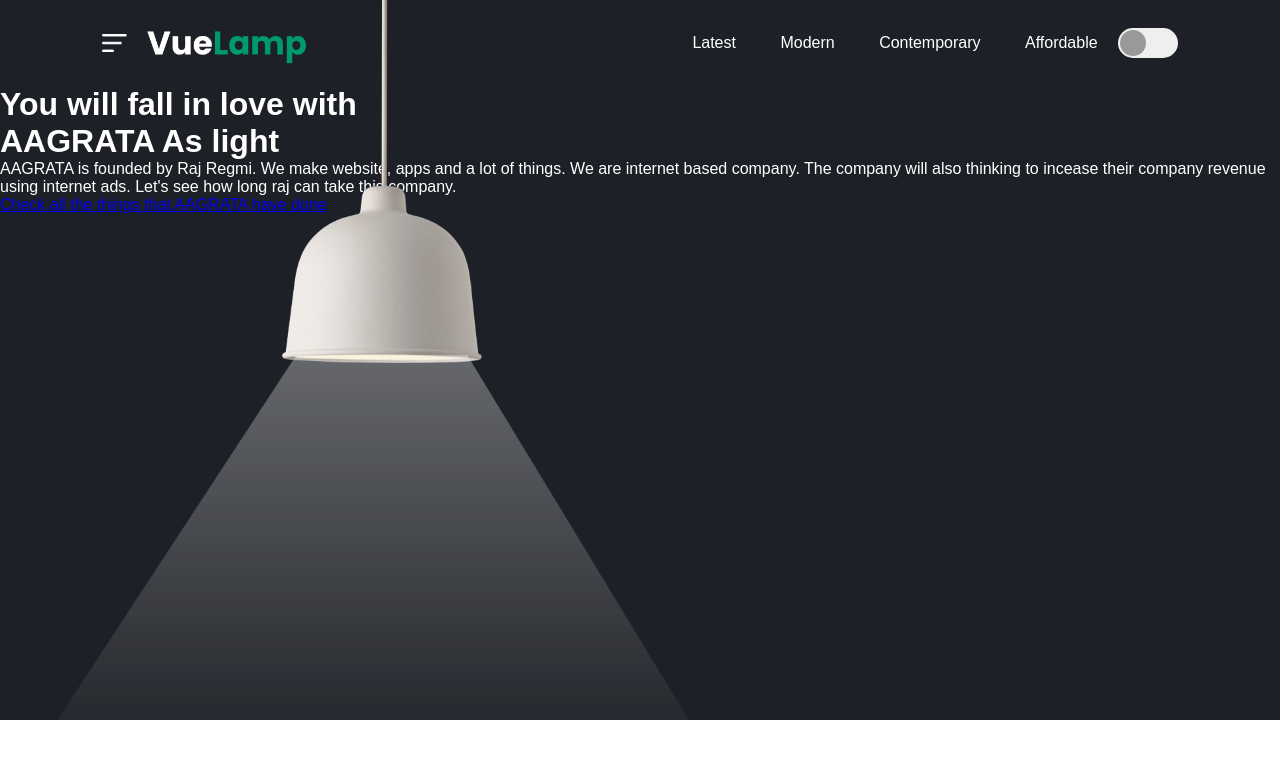
Repository: rajregmi98/newpro1
Page: index.html
The author's editor kept a copy of each file at every save. The page is drawn from the files as they stood at one save, then again after the next save.
The browser window is 1280 px wide. The pictures show the whole page.

Above is the page before, as saved 2022-09-28 13:08:42.

### index.html
<!DOCTYPE html>
<html lang="en">
<head>
    <meta charset="UTF-8">
    <meta http-equiv="X-UA-Compatible" content="IE=edge">
    <meta name="viewport" content="width=device-width, initial-scale=1.0">
    <title>AAGRATA Product</title>
    <link rel="stylesheet" href="style.css">
</head>
<body>
    <div class="hero">
        <nav>
            <img src="images/menu.png" class="menu-img">
            <img src="images/logo.png" class="logo">
            <ul>
                <li><a href="">Latest</a></li>
                <li><a href="">Modern</a></li>
                <li><a href="">Contemporary</a></li>
                <li><a href="">Affordable</a></li>
            </ul>
            <button type="button"><span></span></button>
        </nav>

        <div class="lamp-container">
            <img src="images/lamp.png" class="lamp">
            <img src="images/light.png" class="light">
        </div>

        <div class="text-container">
            <h1>You will fall in love with <br> AAGRATA As light</h1>
            <p>AAGRATA is founded by Raj Regmi. We make website, apps and a lot of things. We are internet based company. The company will also thinking to incease their company revenue using internet ads. Let's see how long raj can take this company. </p>
            <a href=" "> Check all the things that AAGRATA have done</a>
        </div>

    </div>

</body>
</html>

### style.css
*{
    margin: 0;
    padding: 0;
    font-family: 'poppins', sans-serif;
    box-sizing: border-box;
}
.hero{
    background: #1d2026;
    height: 100vh;
    width: 100%;
    color: #fff;
    position: relative;
}
nav{
    display: flex;
    align-items: center;
    padding: 20px 8%;

}

nav .menu-img{
    width: 25px;
    margin-right: 20px;
    cursor: pointer;


}

nav .logo{
    width: 160px;
    cursor: pointer;
}

nav ul{
    flex: 1;
    text-align: right;

}

nav ul li{
    display: inline-block;
    list-style: none;
    margin: 0 20px;
}

nav ul li a {
    text-decoration: none;
    color: #fff;

}
button{
    background: #efefef;
    height: 30px;
    width: 60px;
    border-radius: 20px;
    border: 0;
    outline: 0;
    cursor: pointer;


}
button span{
    display: block;
    background: #999;
    height: 26px;
    width: 26px;
    border-radius: 50%;
    margin-left: 2px;

}

.lamp-container{
    position: absolute;
    top: -20px;
    left: 22%;
    width: 200px;

}

.lamp{
    width: 100%;

}

.light{
    position: absolute;
    top: 97%;
    left: 50%;
    transform: translateX(-50%);
    width: 700px;
    margin-left: -10px;
}

After the next save:
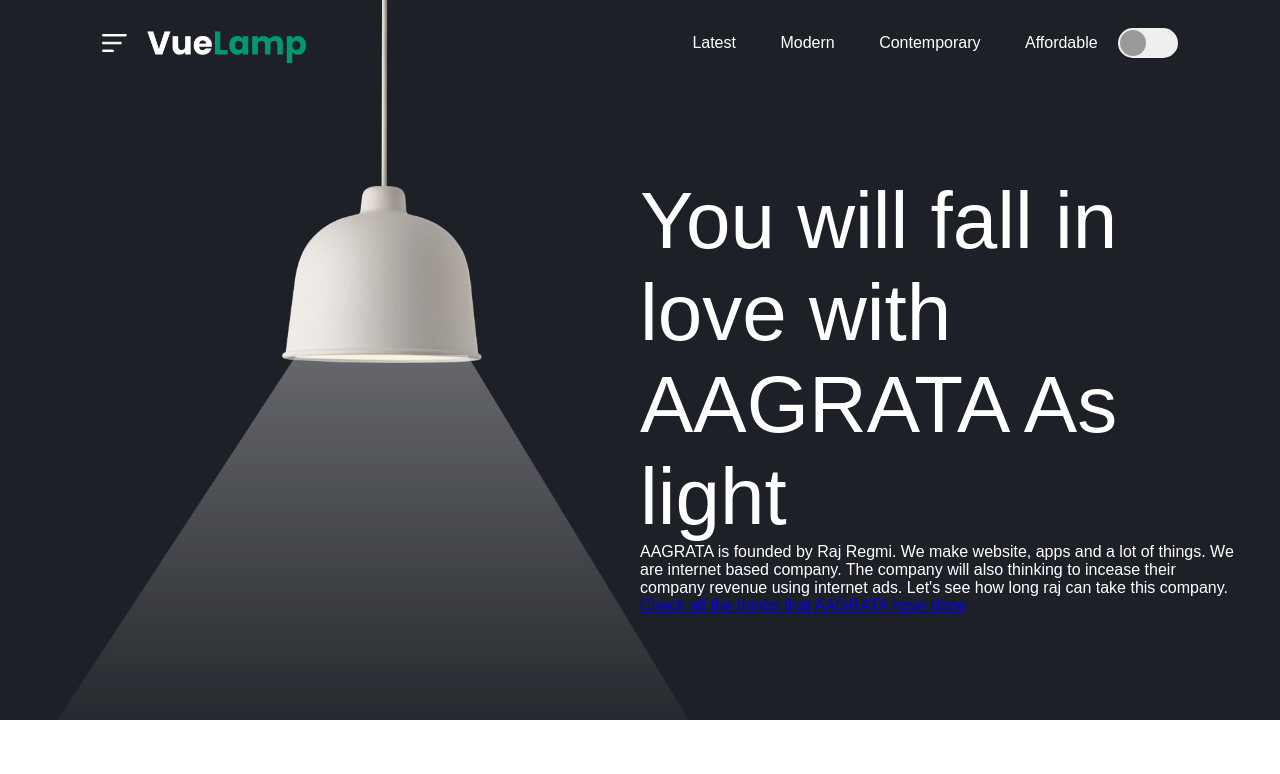
Saved 5 min 1 s later.
--- a/style.css
+++ b/style.css
@@ -90,3 +90,19 @@
     width: 700px;
     margin-left: -10px;
 }
+
+.text-container{
+    max-width: 600px;
+    margin-top: 7%;
+    margin-left: 50%;
+}
+
+.text-container h1{
+    font-size: 80px;
+    font-weight: 400;
+
+}
+
+.text-container a {
+
+}
